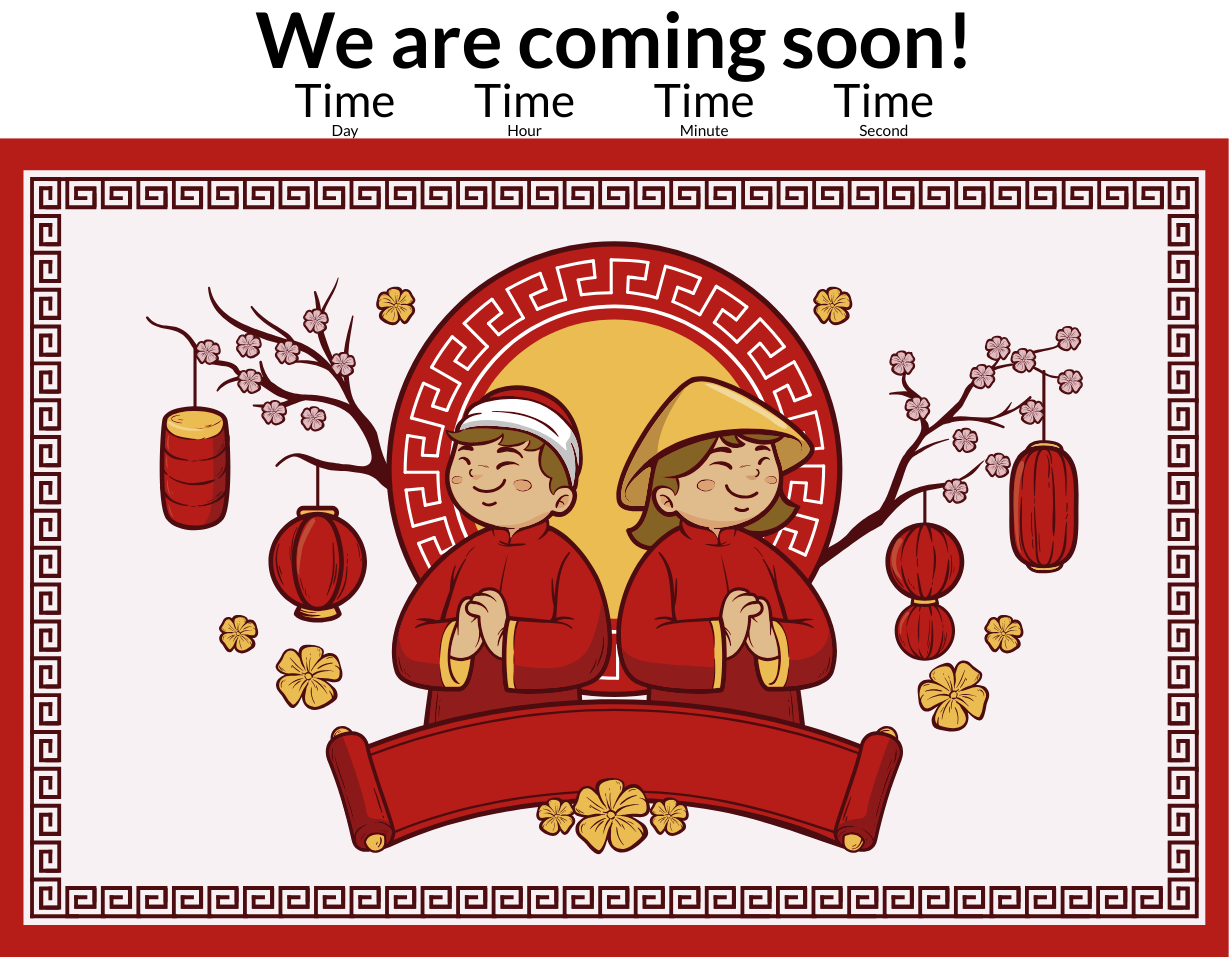
Repository: VuKh4nh/50Days_Por
Page: Day3 - Count_Down/indexl.html
The author's editor kept a copy of each file at every save. The page is drawn from the files as they stood at one save, then again after the next save.
The browser window is 1280 px wide. The pictures show the whole page, at 96% of full size.

Above is the page before, as saved 2023-12-09 00:32:38.

After the next save:
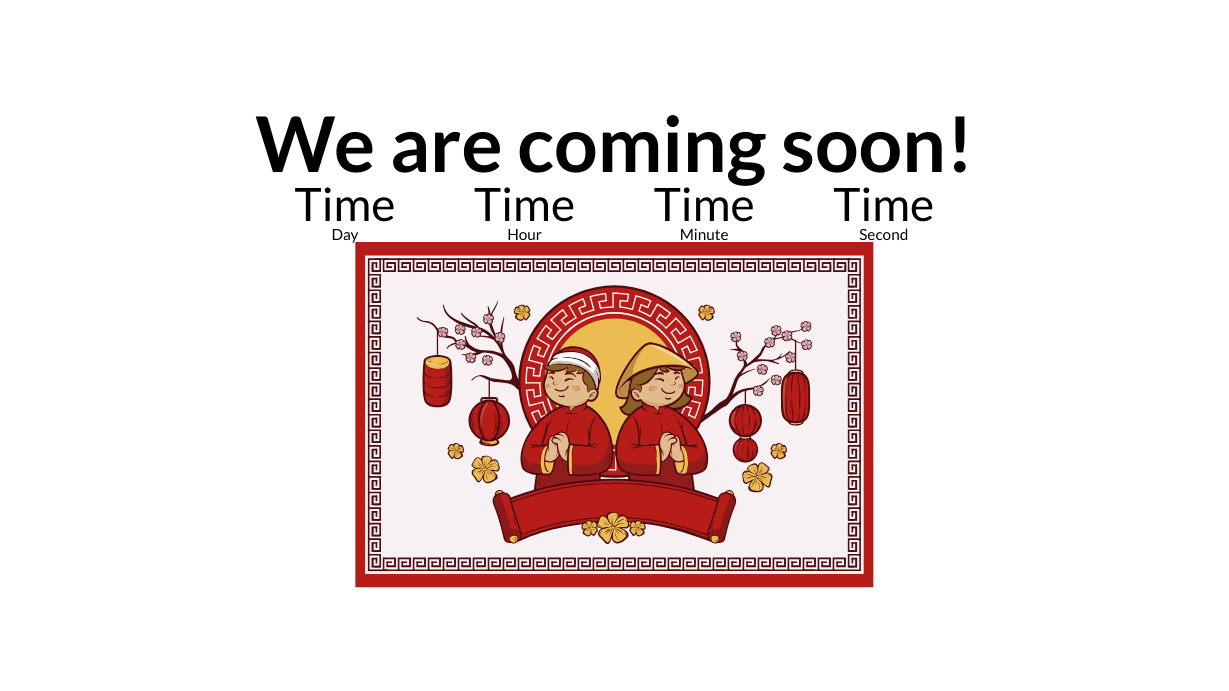
Saved 2 s later.
--- a/Day3 - Count_Down/indexl.html
+++ b/Day3 - Count_Down/indexl.html
@@ -40,7 +40,11 @@
                     </div>
                 </div>
             </div>
-            <img src="./assets/img/b-ground.svg" alt="back-ground" />
+            <img
+                class="waiting"
+                src="./assets/img/b-ground.svg"
+                alt="back-ground"
+            />
         </section>
 
         <!-- Javascript -->
